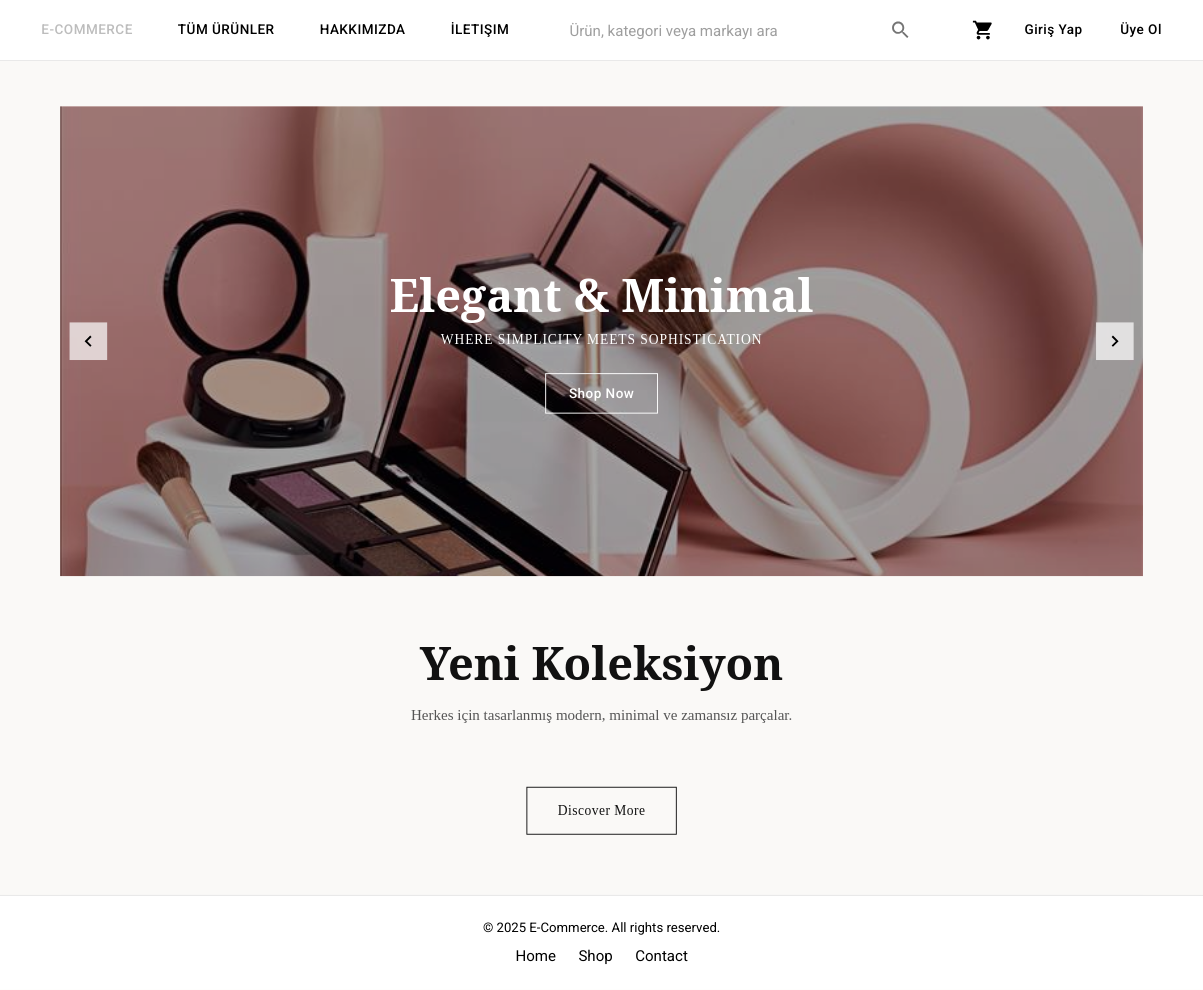
Repository: ZeynepCam13/e-commerce
Page: / (app in Client/)
The author's editor kept a copy of each file at every save. The page is drawn from the files as they stood at one save, then again after the next save.
The browser window is 1280 px wide. The pictures show the whole page, at 94% of full size.
The page's requests for data from a server got no answer. The project was rebuilt for these pictures with package versions that can differ from the ones it lists, and the page was loaded fresh each time. No one was signed in, and anything a server would have sent is missing. Also part of the build but not shown: Client/vite.config.ts, Client/src/features/counter/Counter.tsx, Client/src/features/AboutPage.tsx, Client/src/features/ContactPage.tsx, Client/src/utils/formatCurrency.ts, Client/src/features/catalog/Product.tsx, Client/src/features/catalog/ProductList.tsx, Client/src/features/catalog/CatalogPage.tsx and 15 more.

Above is the page before, as saved 2025-10-08 10:42:15.

### Client/src/main.tsx
import { StrictMode } from "react";
import { createRoot } from "react-dom/client";
import "./index.css";
import { RouterProvider } from "react-router";
import { router } from "./router/Router.tsx";
import { Provider } from "react-redux";
import { store } from "./store/store.ts";

import { theme } from "./theme.ts";
import { ThemeProvider, CssBaseline } from "@mui/material";

createRoot(document.getElementById("root")!).render(
  <StrictMode>
    <Provider store={store}>
      {/* Tema en dışta olmalı */}
      <ThemeProvider theme={theme}>
        {/* CssBaseline, tüm varsayılan stilleri uygular */}
        <CssBaseline />

        {/* Router bileşenleri artık tema içinde */}
        <RouterProvider router={router} />
      </ThemeProvider>
    </Provider>
  </StrictMode>
);

### Client/src/index.css
@import '@fontsource/roboto/300.css';
@import '@fontsource/roboto/400.css';
@import '@fontsource/roboto/500.css';
@import '@fontsource/roboto/700.css';

### Client/src/router/Router.tsx
import { createBrowserRouter } from "react-router";
import App from "../layout/App";
import HomePage from "../features/HomePage";
import AboutPage from "../features/AboutPage";
import ContactPage from "../features/ContactPage";
import CatalogPage from "../features/catalog/CatalogPage";
import ProductDetailsPage from "../features/catalog/ProductDetails";
import ErrorPage from "../features/ErrorPage";
import ServerError from "../errors/ServerError";
import ShoppingCartPage from "../features/cart/ShoppingCartPage";
import LoginPage from "../features/account/loginPage";
import RegisterPage from "../features/account/RegisterPage";
import ChechkoutPage from "../features/checkout/CheckoutPage";
import OrderList from "../features/orders/OrderList";
import AuthGuard from "./AuthGuard";



export const router=createBrowserRouter([
    {
        path:"/",
        element: <App/>,
        children:[
            { element:<AuthGuard/>,children: [
                {path:"checkout",element:<ChechkoutPage/>},
                {path: "orders", element:<OrderList/>},
            ]

            },
            {path:"",element:<HomePage/>},
            {path:"about",element:<AboutPage/>},
            {path:"contact",element:<ContactPage/>},
            {path:"catalog",element:<CatalogPage/>},
            {path:"error",element:<ErrorPage/>},
            {path:"server-error",element:<ServerError/>},
            {path:"catalog/:id",element:<ProductDetailsPage/>},
            {path:"login",element:<LoginPage/>},
            {path:"register",element:<RegisterPage/>},
            {path:"checkout",element:<ChechkoutPage/>},
            {path:"cart",element:<ShoppingCartPage/>}
        ]

    }
])

### Client/src/store/store.ts
import { configureStore } from "@reduxjs/toolkit"
import { counterSlice } from "../features/counter/counterSlice"
import { cartSlice } from "../features/cart/cartSlice"
import { catalogSlice } from "../features/catalog/catalogSlice"
import { accountSlice } from "../features/account/accountSlice"
import { useDispatch, useSelector } from "react-redux"

export const store = configureStore({
    reducer: {
        counter: counterSlice.reducer,
        cart: cartSlice.reducer,
        catalog: catalogSlice.reducer,
        account: accountSlice.reducer
    }
})

export type RootState = ReturnType<typeof store.getState>
export type AppDispatch = typeof store.dispatch

export const useAppDispatch = useDispatch.withTypes<AppDispatch>();
export const useAppSelector = useSelector.withTypes<RootState>();

### Client/src/theme.ts
import { createTheme } from "@mui/material/styles";

export const theme = createTheme({
  palette: {
    mode: "light",
    primary: {
      main: "#1a1a1a", // siyah ton (metin)
    },
    secondary: {
      main: "#bdbdbd", // açık gri
    },
    background: {
      default: "#faf9f7", // kırık beyaz arka plan
      paper: "#ffffff", // kart arka planı
    },
    text: {
      primary: "#1a1a1a",
      secondary: "#555",
    },
  },
  typography: {
    fontFamily: '"Poppins","Roboto","Arial",sans-serif',
    h1: {
      fontFamily: '"Playfair Display","serif"',
      fontWeight: 600,
      fontSize: "3rem",
      letterSpacing: "-0.5px",
      color: "#111",
    },
    h2: {
      fontFamily: '"Playfair Display","serif"',
      fontWeight: 500,
      letterSpacing: "-0.5px",
    },
    h6: {
      fontWeight: 600,
      textTransform: "uppercase",
      letterSpacing: "1px",
      fontSize: "0.9rem",
    },
    button: {
      textTransform: "none",
      fontWeight: 500,
      letterSpacing: "0.5px",
    },
  },
  shape: { borderRadius: 0 },
  components: {
    MuiAppBar: {
      styleOverrides: {
        root: {
          backgroundColor: "#ffffff",
          color: "#000",
          boxShadow: "none",
          borderBottom: "1px solid #e5e5e5",
        },
      },
    },
    MuiButton: {
      styleOverrides: {
        root: {
          borderRadius: 0,
          padding: "8px 20px",
          fontSize: "0.9rem",
          "&:hover": {
            backgroundColor: "#000",
            color: "#fff",
          },
        },
      },
    },
  },
});

### Client/src/layout/App.tsx
import { useEffect, useState } from "react";
import { Box, CircularProgress, Container, CssBaseline } from "@mui/material";
import { Outlet } from "react-router";
import { ToastContainer } from "react-toastify";
import 'react-toastify/dist/ReactToastify.css';
import { useAppDispatch } from "../store/store";
import { getCart } from "../features/cart/cartSlice";
import { getUser } from "../features/account/accountSlice";
import Header from "./Header";
import Footer from "./Footer";


function App() {

  const dispatch = useAppDispatch();
  const [loading, setLoading] = useState(true);

  const initApp= async ()=>{

   await dispatch(getUser());
   await dispatch(getCart());

  }

  useEffect(() => {
    initApp().then(()=>setLoading(false));
  }, []);

  if(loading) return <CircularProgress />;

  return (
  <Box display="flex" flexDirection="column" minHeight="100vh">
      <CssBaseline />
      <ToastContainer position="bottom-right" hideProgressBar />
      <Header />

      {/* İçerik alanı */}
      <Container sx={{ flex: 1, mt: 2 }}>
        <Outlet />
      </Container>

      {/* Footer her zaman altta */}
      <Footer />
    </Box>
  );

}

export default App;

### Client/src/features/HomePage.tsx
import {
  Box,
  Button,
  Card,
  CardContent,
  CardMedia,
  Container,
  Grid,
  Typography,
} from "@mui/material";
import Carousel from "react-material-ui-carousel";
import { useAppSelector } from "../store/store";
import { Link } from "react-router";

export default function HomePage() {
  const { entities: products } = useAppSelector((state) => state.catalog); // ürünler redux’tan
  const productList = Object.values(products);

  const sliderItems = [
    {
      img: "https://images.unsplash.com/photo-1503342217505-b0a15ec3261c?auto=format&fit=crop&w=1600&q=80",
      title: "New Season Arrivals",
      subtitle: "Discover the latest trends and timeless classics",
    },
    {
      img: "/images/slide.jpg",
      title: "Elegant & Minimal",
      subtitle: "Where simplicity meets sophistication",
    },
    {
      img: "/images/side3.jpg",
      title: "Everyday Essentials",
      subtitle: "Comfort and style for every occasion",
    },
  ];

  return (
    <Box sx={{ backgroundColor: "#faf9f7" }}>
      {/* SLIDER */}
      <Carousel
        indicators={false}
        navButtonsAlwaysVisible
        interval={4000}
        animation="fade"
        navButtonsProps={{
          style: {
            backgroundColor: "rgba(255,255,255,0.7)",
            color: "#000",
            borderRadius: 0,
          },
        }}
      >
        {sliderItems.map((item, i) => (
          <Box
            key={i}
            sx={{
              position: "relative",
              height: { xs: 300, md: 500 },
              backgroundImage: `url(${item.img})`,
              backgroundSize: "cover",
              backgroundPosition: "center",
              display: "flex",
              alignItems: "center",
              justifyContent: "center",
              color: "#fff",
            }}
          >
            <Box
              sx={{
                position: "absolute",
                top: 0,
                left: 0,
                width: "100%",
                height: "100%",
                backgroundColor: "rgba(0,0,0,0.35)",
              }}
            />
            <Box
              sx={{
                position: "relative",
                zIndex: 2,
                textAlign: "center",
                px: 3,
              }}
            >
              <Typography
                variant="h3"
                sx={{
                  fontFamily: '"Playfair Display","serif"',
                  fontWeight: 600,
                  mb: 1,
                }}
              >
                {item.title}
              </Typography>
              <Typography
                variant="h6"
                sx={{
                  fontFamily: '"Poppins","sans-serif"',
                  fontWeight: 400,
                  mb: 3,
                }}
              >
                {item.subtitle}
              </Typography>
              <Button
                variant="outlined"
                component={Link}
                to="/catalog"
                sx={{
                  color: "#fff",
                  borderColor: "#fff",
                  borderRadius: 0,
                  px: 3,
                  py: 1,
                  "&:hover": {
                    backgroundColor: "#fff",
                    color: "#000",
                  },
                }}
              >
                Shop Now
              </Button>
            </Box>
          </Box>
        ))}
      </Carousel>

      {/* NEW COLLECTIONS */}
      <Container maxWidth="lg" sx={{ py: 8 }}>
        <Typography
          variant="h3"
          sx={{
            textAlign: "center",
            fontFamily: '"Playfair Display","serif"',
            fontWeight: 600,
            mb: 2,
            color: "#111",
          }}
        >
          Yeni Koleksiyon
        </Typography>

        <Typography
          variant="body1"
          sx={{
            textAlign: "center",
            maxWidth: "700px",
            mx: "auto",
            mb: 6,
            color: "#555",
            fontFamily: '"Poppins","sans-serif"',
          }}
        >
          Herkes için tasarlanmış modern, minimal ve zamansız parçalar.
        </Typography>

        <Grid container spacing={4}>
          {productList.slice(0, 6).map((product: any) => (
            <Grid item xs={12} sm={6} md={4} key={product.id}>
              <Card
                sx={{
                  boxShadow: "none",
                  borderRadius: 0,
                  transition: "0.3s",
                  "&:hover": { boxShadow: "0 6px 15px rgba(0,0,0,0.1)" },
                }}
              >
                <CardMedia
                  component="img"
                  height="400"
                  image={product.imageUrl}
                  alt={product.name}
                  sx={{ objectFit: "cover" }}
                />
                <CardContent sx={{ textAlign: "center" }}>
                  <Typography
                    variant="h6"
                    sx={{
                      fontFamily: '"Poppins","sans-serif"',
                      fontWeight: 500,
                      color: "#222",
                    }}
                  >
                    {product.name}
                  </Typography>
                  <Typography
                    variant="body2"
                    sx={{
                      color: "#666",
                      fontWeight: 400,
                    }}
                  >
                    ₺{product.price.toLocaleString("tr-TR")}
                  </Typography>
                </CardContent>
              </Card>
            </Grid>
          ))}
        </Grid>

        {/* Buton */}
        <Box textAlign="center" mt={6}>
          <Button
            variant="outlined"
            component={Link}
            to="/catalog"
            sx={{
              color: "#111",
              borderColor: "#111",
              borderRadius: 0,
              px: 4,
              py: 1.5,
              fontFamily: '"Poppins","sans-serif"',
              "&:hover": { backgroundColor: "#111", color: "#fff" },
            }}
          >
            Discover More
          </Button>
        </Box>
      </Container>
    </Box>
  );
}

### Client/src/features/counter/counterSlice.ts
import { createSlice, PayloadAction } from "@reduxjs/toolkit"

export interface CounterState {
    value: number
}

const initialState: CounterState = {
    value: 0,
}

export const counterSlice = createSlice({
    name: "counter",
    initialState,
    reducers: {
        increment: (state) => {
            state.value += 1;
        },
        decrement: (state) => {
            state.value -= 1;
        },
        incrementByAmount: (state, action: PayloadAction<number>) => {
            state.value += action.payload
        }
    }
})

export const { increment, decrement, incrementByAmount } = counterSlice.actions;

### Client/src/features/cart/cartSlice.ts
import { createAsyncThunk, createSlice } from "@reduxjs/toolkit";
import { Cart } from "../../model/ICart";
import requests from "../../api/requests";

interface CartState {
    cart: Cart | null;
    status: string;
}

const initialState: CartState = {
    cart: null,
    status: "idle"
}

export const addItemToCart = createAsyncThunk<Cart, { productId: number, quantity?: number}>(
    "cart/addItemToCart",
    async ({productId, quantity=1}) => {
        try
        {
            return await requests.Cart.addItem(productId, quantity);
        }
        catch(error)
        {
            console.log(error);
        }
    }
);

export const deleteItemFromCart = createAsyncThunk<Cart, { productId: number, quantity?: number, key?: string}>(
    "cart/deleteItemFromCart",
    async ({productId, quantity=1}) => {
        try
        {
            return await requests.Cart.deleteItem(productId, quantity);
        }
        catch(error)
        {
            console.log(error);
        }
    }
);

export const getCart = createAsyncThunk<Cart>(
    "cart/getcart",
    async (_, thunkAPI) => {
        try
        {
            return await requests.Cart.get();
        }
        catch(error: any)
        {
            return thunkAPI.rejectWithValue({error: error.data});
        }
    }
)

export const cartSlice = createSlice({
    name: "cart",
    initialState,
    reducers: {
        setCart: (state, action) => {
            state.cart = action.payload
        },
        clearCart:(state)=>{
            state.cart= null;
        }
    },
    extraReducers: (builder) => {
        builder.addCase(addItemToCart.pending, (state, action) => {
            console.log(action);
            state.status = "pendingAddItem" + action.meta.arg.productId;
        });

        builder.addCase(addItemToCart.fulfilled, (state, action) => {
            console.log(action);
            state.cart = action.payload;
            state.status = "idle";
        });

        builder.addCase(addItemToCart.rejected, (state) => {
            state.status = "idle";
        });

        builder.addCase(deleteItemFromCart.pending, (state, action) => {
            console.log(action);
            state.status = "pendingDeleteItem"+ action.meta.arg.productId + action.meta.arg.key;
        });

        builder.addCase(deleteItemFromCart.fulfilled, (state, action) => {
            state.cart = action.payload;
            state.status = "idle";
        });

        builder.addCase(deleteItemFromCart.rejected, (state) => {
            state.status = "idle";
        });

        builder.addCase(getCart.fulfilled, (state, action) => {
            state.cart = action.payload;
        });

        builder.addCase(getCart.rejected, (_, action) => {
            console.log(action.payload);
        });
    }
})

export const { setCart , clearCart} = cartSlice.actions;

### Client/src/features/catalog/catalogSlice.ts
import { createAsyncThunk, createEntityAdapter, createSlice } from "@reduxjs/toolkit";
import { IProduct } from "../../model/IProduct";
import requests from "../../api/requests";
import { RootState } from "../../store/store";

export const fetchProducts = createAsyncThunk<IProduct[]>(
    "catalog/fetchProducts",
    async () => {
        return await requests.Catalog.list();
    }
)

export const fetchProductById = createAsyncThunk<IProduct, number>(
    "catalog/fetchProductById",
    async (productId) => {
        return await requests.Catalog.details(productId);
    }
)

const productsAdapter = createEntityAdapter<IProduct>();

const initialState = productsAdapter.getInitialState({
    status: "idle",
    isLoaded: false
});

export const catalogSlice = createSlice({
    name: "catalog",
    initialState,
    reducers: {},
    extraReducers: (builder => {
        builder.addCase(fetchProducts.pending, (state) => {
            state.status = "pendingFetchProducts";
        });
        builder.addCase(fetchProducts.fulfilled, (state, action) => {
            productsAdapter.setAll(state, action.payload);
            state.isLoaded = true;
            state.status = "idle";
        });
        builder.addCase(fetchProducts.rejected, (state) => {
            state.status = "idle";
        });
        builder.addCase(fetchProductById.pending, (state) => {
            state.status = "pendingFetchProductById";
        });
        builder.addCase(fetchProductById.fulfilled, (state, action) => {
            productsAdapter.upsertOne(state, action.payload);
            state.status = "idle";
        });
        builder.addCase(fetchProductById.rejected, (state) => {
            state.status = "idle";
        });
    })
})

export const {
    selectById: selectProductById,
    selectIds: selectProductIds,
    selectEntities: selectProductEntities,
    selectAll: selectAllProducts,
    selectTotal: selectTotalProducts
} = productsAdapter.getSelectors((state: RootState) => state.catalog);

### Client/src/features/account/accountSlice.ts
import { createAsyncThunk, createSlice } from "@reduxjs/toolkit";
import { User } from "../../model/IUser";
import { FieldValues } from "react-hook-form";
import requests from "../../api/requests";
import { router } from "../../router/Router";


interface AccountState {
    user: User | null;
}

const initialState: AccountState = {
    user: null
}

export const loginUser = createAsyncThunk<User, FieldValues>(
    "account/login",
    async (data, {rejectWithValue}) => {
        try
        {
            const user = await requests.Account.login(data);
            localStorage.setItem("user", JSON.stringify(user));
            return user;
        }
        catch(error: any)
        {
            return rejectWithValue({error: error.data});
        }
    }
)

export const getUser=createAsyncThunk<User>(
    "account/getuser",

    async(_,thunkAPI)=>{
        thunkAPI.dispatch(setUser(JSON.parse(localStorage.getItem("user")!)));
        try
        {
            const user=await requests.Account.getUser();
            localStorage.setItem("user",JSON.stringify(user));
            return user

        }
        catch (error:any)
        {
            return thunkAPI.rejectWithValue({error: error.data});
        }
    },
    {

      condition:()=>{
            if (!localStorage.getItem("user")) return false;
        }
    }
)

export const accountSlice = createSlice({
    name: "account",
    initialState,
    reducers: {
        logout: (state) => {
            state.user = null;
            localStorage.removeItem("user");
            router.navigate("/catalog");
        },
        setUser: (state, action) => {
            state.user = action.payload;
        }
    },
    extraReducers: (builder => {
        builder.addCase(loginUser.fulfilled, (state, action) => {
            state.user = action.payload;

        })
         builder.addCase(getUser.fulfilled, (state, action) => {
            state.user = action.payload;
        })
         builder.addCase(getUser.rejected, (state) => {
            state.user=null;
            localStorage.removeItem("user");
            router.navigate("/login");

        })
    })
})

export const { logout, setUser } =  accountSlice.actions;

### Client/src/layout/Footer.tsx
import { Box, Typography, Stack, Link as MuiLink } from "@mui/material";
import { Link } from "react-router";

export default function Footer() {
  return (
    <Box
      sx={{
        backgroundColor: "#ffffff",
        borderTop: "1px solid #e5e5e5",
        color: "#000",
        textAlign: "center",
        py: 3,
      }}
    >
      <Typography variant="body2" sx={{ mb: 1 }}>
        © 2025 E-Commerce. All rights reserved.
      </Typography>
      <Stack direction="row" justifyContent="center" spacing={3}>
        <MuiLink component={Link} to="/" color="inherit" underline="hover">
          Home
        </MuiLink>
        <MuiLink component={Link} to="/catalog" color="inherit" underline="hover">
          Shop
        </MuiLink>
        <MuiLink component={Link} to="/contact" color="inherit" underline="hover">
          Contact
        </MuiLink>
      </Stack>
    </Box>
  );
}

Loaded but not shown: Client/index.html (common file); Client/src/layout/Header.tsx (159 lines, source omitted); Client/src/api/requests.ts (91 lines, source omitted)

After the next save:
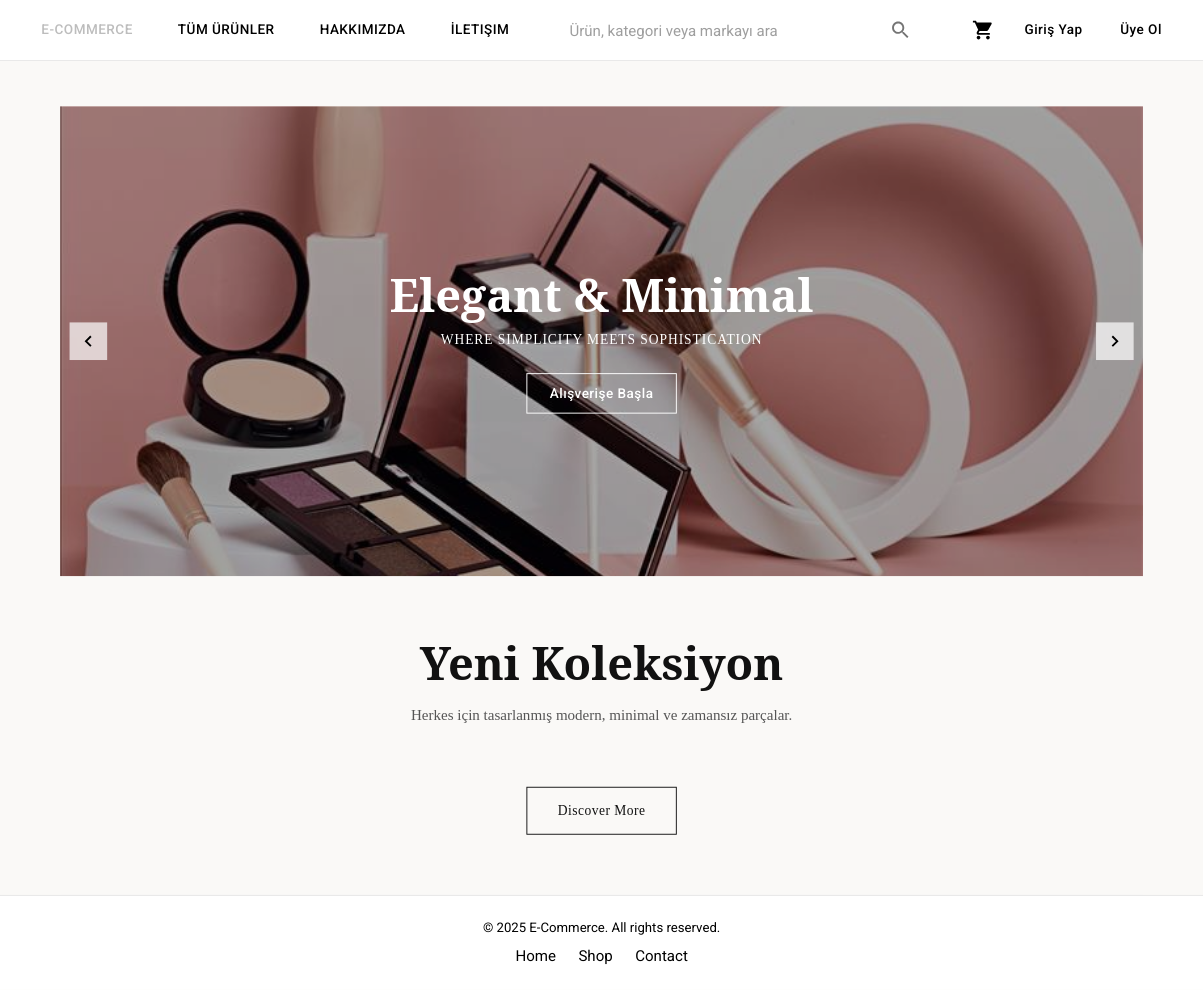
Saved 19 s later.
--- a/Client/src/features/HomePage.tsx
+++ b/Client/src/features/HomePage.tsx
@@ -119,7 +119,7 @@
                   },
                 }}
               >
-                Shop Now
+                Alışverişe Başla
               </Button>
             </Box>
           </Box>
